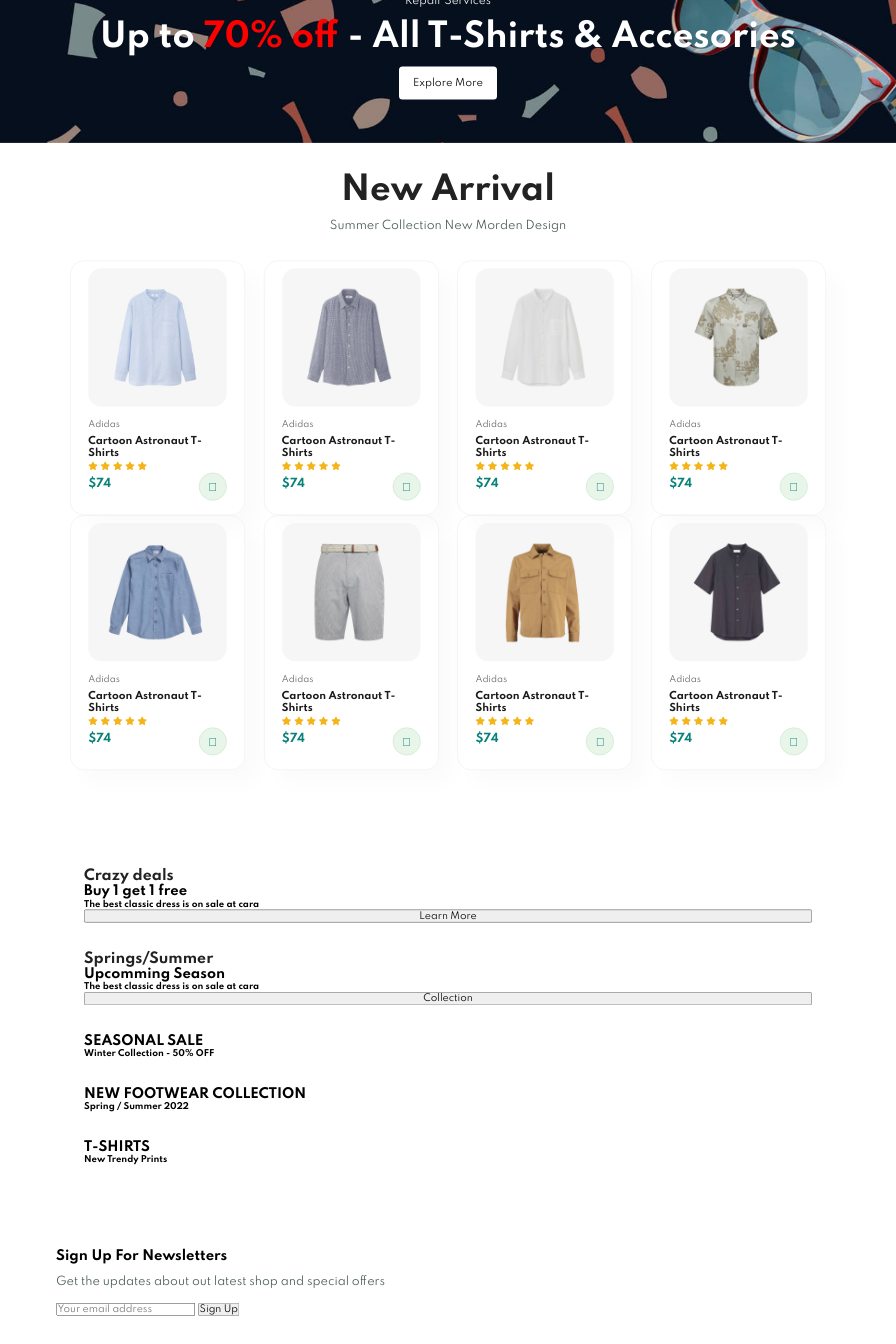
Repository: Daryllgio/E-Commerce-Website-UI
Page: index.html
These files come from the project's save history. The page is drawn as it stood at one moment and after the next save; the edit follows.
The browser window is 1280 px wide. The pictures show the part of the page from y = 2073 to 3993 px (the page is 3993 px tall before and 3641 px after), at 70% of full size.
Some web libraries are served in a nearby version.

Above is the page before, as saved 2024-12-31 23:00:51.

### index.html
<!DOCTYPE html>
<html lang="en">

<head>
    <meta charset="UTF-8">
    <meta http-equiv="X-UA-Compatible" content="IE=edge">
    <meta name="viewport" content="width=device-width, initial-scale=1.0">
    <title>Tech2etc Ecommerce Tutorial</title>
    <link rel="stylesheet" href="https://pro.fontawesome.com/releases/v5.10.0/css/all.css" />

    <link rel="stylesheet" href="style.css">
</head>

<body>
    <section id="header">
        <a href="#"><img src="img/logo.png" id="logo" class="logo" alt=""></a>

        <div>
            <ul id="navbar">
                <li>
                    <a class="active" href="index.html">Home</a>
                </li>
                <li>
                    <a href="shop.html">Shop</a>
                </li>
                <li>
                    <a href="about.html">About</a>
                </li>
                <li>
                    <a href="contact.html">Contact</a>
                </li>
                <li>
                    <a href="cart.html"><i class="fa fa-shopping-cart" aria-hidden="true"></i></a>
                </li>

            </ul>
        </div>
    </section>

    <section id="HomeHeaderContent">
        <h4>
            Trade-in-offer
        </h4>
        <h2>
            Super value deals
        </h2>
        <h1>
            On all products
        </h1>
        <p>
            Save more with Coupons & up to 70% off !
        </p>
        <button>
            Shop now
        </button>

    </section>

    <section id="Features" class="section-p1">
        <div class="fe-box">
            <img src="img/features/f1.png" alt="">
            <h6>Free Shipping</h6>
        </div>
        <div class="fe-box">
            <img src="img/features/f2.png" alt="">
            <h6>Online Offer</h6>
        </div>
        <div class="fe-box">
            <img src="img/features/f3.png" alt="">
            <h6>Save Money</h6>
        </div>
        <div class="fe-box">
            <img src="img/features/f4.png" alt="">
            <h6>Promotions</h6>
        </div>
        <div class="fe-box">
            <img src="img/features/f5.png" alt="">
            <h6>Happy Sell</h6>
        </div>
        <div class="fe-box">
            <img src="img/features/f6.png" alt="">
            <h6>F24/7 Support</h6>
        </div>
    </section>

    <section id="product1" class="section-p1">
        <h2>
            Feautured Products
        </h2>
        <p>
            Summer Collection New Morden Design
        </p>
        <div class="pro-container">
            <div class="pro">
                <img src="img/products/f1.jpg" alt="">
                <div class="des">
                    <span>Adidas</span>
                    <h5>Cartoon Astronaut T-Shirts</h5>
                    <div class="star">
                        <i class="fas fa-star"></i>
                        <i class="fas fa-star"></i>
                        <i class="fas fa-star"></i>
                        <i class="fas fa-star"></i>
                        <i class="fas fa-star"></i>
                    </div>
                    <div class="Shop">
                        <h4>$74</h4>
                        <a href="#"><i class="fal fa-shopping-cart "></i></a>
                    </div>

                </div>
            </div>

            <div class="pro">
                <img src="img/products/f2.jpg" alt="">
                <div class="des">
                    <span>Adidas</span>
                    <h5>Cartoon Astronaut T-Shirts</h5>
                    <div class="star">
                        <i class="fas fa-star"></i>
                        <i class="fas fa-star"></i>
                        <i class="fas fa-star"></i>
                        <i class="fas fa-star"></i>
                        <i class="fas fa-star"></i>
                    </div>
                    <div class="Shop">
                        <h4>$74</h4>
                        <a href="#"><i class="fal fa-shopping-cart "></i></a>
                    </div>

                </div>
            </div>

            <div class="pro">
                <img src="img/products/f3.jpg" alt="">
                <div class="des">
                    <span>Adidas</span>
                    <h5>Cartoon Astronaut T-Shirts</h5>
                    <div class="star">
                        <i class="fas fa-star"></i>
                        <i class="fas fa-star"></i>
                        <i class="fas fa-star"></i>
                        <i class="fas fa-star"></i>
                        <i class="fas fa-star"></i>
                    </div>
                    <div class="Shop">
                        <h4>$74</h4>
                        <a href="#"><i class="fal fa-shopping-cart "></i></a>
                    </div>

                </div>
            </div>

            <div class="pro">
                <img src="img/products/f4.jpg" alt="">
                <div class="des">
                    <span>Adidas</span>
                    <h5>Cartoon Astronaut T-Shirts</h5>
                    <div class="star">
                        <i class="fas fa-star"></i>
                        <i class="fas fa-star"></i>
                        <i class="fas fa-star"></i>
                        <i class="fas fa-star"></i>
                        <i class="fas fa-star"></i>
                    </div>
                    <div class="Shop">
                        <h4>$74</h4>
                        <a href="#"><i class="fal fa-shopping-cart "></i></a>
                    </div>

                </div>
            </div>

            <div class="pro">
                <img src="img/products/f5.jpg" alt="">
                <div class="des">
                    <span>Adidas</span>
                    <h5>Cartoon Astronaut T-Shirts</h5>
                    <div class="star">
                        <i class="fas fa-star"></i>
                        <i class="fas fa-star"></i>
                        <i class="fas fa-star"></i>
                        <i class="fas fa-star"></i>
                        <i class="fas fa-star"></i>
                    </div>
                    <div class="Shop">
                        <h4>$74</h4>
                        <a href="#"><i class="fal fa-shopping-cart "></i></a>
                    </div>

                </div>
            </div>

            <div class="pro">
                <img src="img/products/f6.jpg" alt="">
                <div class="des">
                    <span>Adidas</span>
                    <h5>Cartoon Astronaut T-Shirts</h5>
                    <div class="star">
                        <i class="fas fa-star"></i>
                        <i class="fas fa-star"></i>
                        <i class="fas fa-star"></i>
                        <i class="fas fa-star"></i>
                        <i class="fas fa-star"></i>
                    </div>
                    <div class="Shop">
                        <h4>$74</h4>
                        <a href="#"><i class="fal fa-shopping-cart "></i></a>
                    </div>

                </div>
            </div>

            <div class="pro">
                <img src="img/products/f7.jpg" alt="">
                <div class="des">
                    <span>Adidas</span>
                    <h5>Cartoon Astronaut T-Shirts</h5>
                    <div class="star">
                        <i class="fas fa-star"></i>
                        <i class="fas fa-star"></i>
                        <i class="fas fa-star"></i>
                        <i class="fas fa-star"></i>
                        <i class="fas fa-star"></i>
                    </div>
                    <div class="Shop">
                        <h4>$74</h4>
                        <a href="#"><i class="fal fa-shopping-cart "></i></a>
                    </div>

                </div>
            </div>

            <div class="pro">
                <img src="img/products/f8.jpg" alt="">
                <div class="des">
                    <span>Adidas</span>
                    <h5>Cartoon Astronaut T-Shirts</h5>
                    <div class="star">
                        <i class="fas fa-star"></i>
                        <i class="fas fa-star"></i>
                        <i class="fas fa-star"></i>
                        <i class="fas fa-star"></i>
                        <i class="fas fa-star"></i>
                    </div>
                    <div class="Shop">
                        <h4>$74</h4>
                        <a href="#"><i class="fal fa-shopping-cart "></i></a>
                    </div>

                </div>
            </div>


        </div>
    </section>

    <section id="banner" class="section-p1">
        <p>Repair Services</p>
        <h2>Up to <span>70% off</span> - All T-Shirts & Accesories</h2>
        <button class="normal">Explore More</button>
    </section>

    <section id="product1" class="section-p1">
        <h2>
            New Arrival
        </h2>
        <p>
            Summer Collection New Morden Design
        </p>
        <div class="pro-container">
            <div class="pro">
                <img src="img/products/n1.jpg" alt="">
                <div class="des">
                    <span>Adidas</span>
                    <h5>Cartoon Astronaut T-Shirts</h5>
                    <div class="star">
                        <i class="fas fa-star"></i>
                        <i class="fas fa-star"></i>
                        <i class="fas fa-star"></i>
                        <i class="fas fa-star"></i>
                        <i class="fas fa-star"></i>
                    </div>
                    <div class="Shop">
                        <h4>$74</h4>
                        <a href="#"><i class="fal fa-shopping-cart "></i></a>
                    </div>

                </div>
            </div>

            <div class="pro">
                <img src="img/products/n2.jpg" alt="">
                <div class="des">
                    <span>Adidas</span>
                    <h5>Cartoon Astronaut T-Shirts</h5>
                    <div class="star">
                        <i class="fas fa-star"></i>
                        <i class="fas fa-star"></i>
                        <i class="fas fa-star"></i>
                        <i class="fas fa-star"></i>
                        <i class="fas fa-star"></i>
                    </div>
                    <div class="Shop">
                        <h4>$74</h4>
                        <a href="#"><i class="fal fa-shopping-cart "></i></a>
                    </div>

                </div>
            </div>

            <div class="pro">
                <img src="img/products/n3.jpg" alt="">
                <div class="des">
                    <span>Adidas</span>
                    <h5>Cartoon Astronaut T-Shirts</h5>
                    <div class="star">
                        <i class="fas fa-star"></i>
                        <i class="fas fa-star"></i>
                        <i class="fas fa-star"></i>
                        <i class="fas fa-star"></i>
                        <i class="fas fa-star"></i>
                    </div>
                    <div class="Shop">
                        <h4>$74</h4>
                        <a href="#"><i class="fal fa-shopping-cart "></i></a>
                    </div>

                </div>
            </div>

            <div class="pro">
                <img src="img/products/n4.jpg" alt="">
                <div class="des">
                    <span>Adidas</span>
                    <h5>Cartoon Astronaut T-Shirts</h5>
                    <div class="star">
                        <i class="fas fa-star"></i>
                        <i class="fas fa-star"></i>
                        <i class="fas fa-star"></i>
                        <i class="fas fa-star"></i>
                        <i class="fas fa-star"></i>
                    </div>
                    <div class="Shop">
                        <h4>$74</h4>
                        <a href="#"><i class="fal fa-shopping-cart "></i></a>
                    </div>

                </div>
            </div>

            <div class="pro">
                <img src="img/products/n5.jpg" alt="">
                <div class="des">
                    <span>Adidas</span>
                    <h5>Cartoon Astronaut T-Shirts</h5>
                    <div class="star">
                        <i class="fas fa-star"></i>
                        <i class="fas fa-star"></i>
                        <i class="fas fa-star"></i>
                        <i class="fas fa-star"></i>
                        <i class="fas fa-star"></i>
                    </div>
                    <div class="Shop">
                        <h4>$74</h4>
                        <a href="#"><i class="fal fa-shopping-cart "></i></a>
                    </div>

                </div>
            </div>

            <div class="pro">
                <img src="img/products/n6.jpg" alt="">
                <div class="des">
                    <span>Adidas</span>
                    <h5>Cartoon Astronaut T-Shirts</h5>
                    <div class="star">
                        <i class="fas fa-star"></i>
                        <i class="fas fa-star"></i>
                        <i class="fas fa-star"></i>
                        <i class="fas fa-star"></i>
                        <i class="fas fa-star"></i>
                    </div>
                    <div class="Shop">
                        <h4>$74</h4>
                        <a href="#"><i class="fal fa-shopping-cart "></i></a>
                    </div>

                </div>
            </div>

            <div class="pro">
                <img src="img/products/n7.jpg" alt="">
                <div class="des">
                    <span>Adidas</span>
                    <h5>Cartoon Astronaut T-Shirts</h5>
                    <div class="star">
                        <i class="fas fa-star"></i>
                        <i class="fas fa-star"></i>
                        <i class="fas fa-star"></i>
                        <i class="fas fa-star"></i>
                        <i class="fas fa-star"></i>
                    </div>
                    <div class="Shop">
                        <h4>$74</h4>
                        <a href="#"><i class="fal fa-shopping-cart "></i></a>
                    </div>

                </div>
            </div>

            <div class="pro">
                <img src="img/products/n8.jpg" alt="">
                <div class="des">
                    <span>Adidas</span>
                    <h5>Cartoon Astronaut T-Shirts</h5>
                    <div class="star">
                        <i class="fas fa-star"></i>
                        <i class="fas fa-star"></i>
                        <i class="fas fa-star"></i>
                        <i class="fas fa-star"></i>
                        <i class="fas fa-star"></i>
                    </div>
                    <div class="Shop">
                        <h4>$74</h4>
                        <a href="#"><i class="fal fa-shopping-cart "></i></a>
                    </div>

                </div>
            </div>


        </div>
    </section>

    <section id="sm-banner" class="section-p1">
        <div class="banner-MainContainer">
            <div class="banner-Container1">
                <div class="banner-box">
                    <h4>
                        Crazy deals
                    </h4>
                    <h3>
                        Buy 1 get 1 free
                    </h3>
                    <h6>
                        The best classic dress is on sale at cara
                    </h6>
                    <button>
                        Learn More
                    </button>
                </div>
                <div class="banner-box">
                    <h4>
                        Springs/Summer
                    </h4>
                    <h3>
                        Upcomming Season
                    </h3>
                    <h6>
                        The best classic dress is on sale at cara
                    </h6>
                    <button>
                        Collection
                    </button>
                </div>
            </div>

            <div class="banner-Container2">
                <div class="banner-box">
                    <h3>
                        SEASONAL SALE
                    </h3>
                    <h6>
                        Winter Collection - 50% OFF
                    </h6>
                </div>
                <div class="banner-box">
                    <h3>
                        NEW FOOTWEAR COLLECTION
                    </h3>
                    <h6>
                        Spring / Summer 2022
                    </h6>
                </div>
                <div class="banner-box">
                    <h3>
                        T-SHIRTS
                    </h3>
                    <h6>
                        New Trendy Prints
                    </h6>
                </div>
            </div>
        </div>
    </section>

    <section id="sm-NewsLetter" class="section-p1">
        <div class="Newsletters-Container">
            <div class="Newsletters-Text">
                <h3>Sign Up For Newsletters</h3>
                <p> Get the updates about out latest shop and <span>special offers</span></p>
            </div>
            <div class="Newsletters-Input">
                <input placeholder="Your email address" />
                <button>
                    Sign Up
                </button>
            </div>
        </div>
    </section>


    <script src="script.js"></script>
</body>

</html>

### style.css
@import url("https://fonts.googleapis.com/css2?family=Spartan:wght@100;200;300;400;500;600;700;800;900&display=swap");

* {
  margin: 0;
  padding: 0;
  box-sizing: border-box;
  font-family: "Spartan", sans-serif;
}

html {
  scroll-behavior: smooth;
}

/* Global Styles */

h1 {
  font-size: 50px;
  line-height: 64px;
  color: #222;
}

h2 {
  font-size: 46px;
  line-height: 54px;
  color: #222;
}

h4 {
  font-size: 20px;
  color: #222;
}

h6 {
  font-weight: 700;
  font-size: 12px;
}

p {
  font-size: 16px;
  color: #465b52;
  margin: 15px 0 20px 0;
}

.section-p1 {
  padding: 40px 80px;
}

.section-m1 {
  margin: 40px 0;
}

button.normal {
  color: #000;
  background-color: #fff;
  font-size: 14px;
  font-weight: 400;
  padding: 15px 20px;
  border-radius: 5px;
  cursor: pointer;
  border: none;
  outline: none;
  transition: 0.3s;
}

body {
  width: 100%;
}

#header {
  display: flex;
  align-items: center;
  justify-content: space-between;
  padding: 20px 80px;
  background: #E3E6F3;
  box-shadow: 0 5px 15px rgba(0, 0, 0, 0.06);
  position: sticky;
  top: 0;
  left: 0;

}



#navbar {
  display: flex;
  align-items: center;
  justify-content: center;
}

#navbar li {
  list-style: none;
  padding: 0px 20px;
}

#navbar li a {
  text-decoration: none;
  font-size: 15px;
  font-weight: 600;
  color: #000;
  transition: 0.3s ease;
}

#navbar li a:hover,
#navbar li a.active {
  color: #088178;
}

#HomeHeaderContent {
  background-image: url("img/hero4.png");
  height: 90vh;
  width: 100%;
  background-size: cover;
  background-position: top 25% right 0;
  padding: 0 80px;
  align-items: flex-start;
  display: flex;
  flex-direction: column;
  justify-content: center;
}

#HomeHeaderContent h4 {
  margin-bottom: 10px;
}

#HomeHeaderContent h1 {
  color: #088178;
}

#HomeHeaderContent button {
  color: #088178;
  background-image: url("img/button.png");
  font-size: 15px;
  font-weight: 600;
  background-color: transparent;
  border: 0;
  padding: 14px 80px 14px 65px;
  background-repeat: no-repeat;
  cursor: pointer;
}

#Features {
  display: flex;
  justify-content: space-between;
}

#Features .fe-box {
  width: 200px;
  text-align: center;
  padding: 35px 25px;
  border: 1px solid #cce7d0;
  box-shadow: 20px 20px 34px rgba(0, 0, 0, 0.03);
  border-radius: 10px;
}

#Features .fe-box:hover {
  box-shadow: 10px 10px 54px rgba(0, 0, 0, 0.1);
}

#Features .fe-box img {
  margin-bottom: 10px;
}

#Features .fe-box h6 {
  font-size: 13px;
  display: inline-block;
  line-height: 1;
  border-radius: 4px;
  color: #088178;
  background-color: #fddde4;
  padding: 9px 8px 6px 8px;
}

#Features .fe-box:nth-child(2) h6 {
  background-color: #cdebbc;
}

#Features .fe-box:nth-child(3) h6 {
  background-color: #d1e8f2;
}

#Features .fe-box:nth-child(4) h6 {
  background-color: #cdd4f8;
}

#Features .fe-box:nth-child(5) h6 {
  background-color: #f6dbf6;
}

#Features .fe-box:nth-child(6) h6 {
  background-color: #fff2e5;
}

#product1 {
  text-align: center;
}

#product1 .pro {
  width: 23%;
  min-width: 250px;
  padding: 10px 25px;
  border: 1px solid #f0f0f0;
  border-radius: 20px;
  cursor: pointer;
  box-shadow: 20px 20px 30px rgba(0, 0, 0, 0.02);
  transition: 0.3s ease;
}

#product1 .pro:hover {
  box-shadow: 20px 20px 30px rgba(0, 0, 0, 0.06);

}

#product1 .pro img {
  width: 100%;
  border-radius: 20px;
}

#product1 .pro .des {
  text-align: start;
  padding: 10px 0;
}

#product1 .pro .des span {
  color: #606063;
  font-size: 12px;
}

#product1 .pro .des h5 {
  color: #1a1a1a;
  font-size: 14px;
  padding-top: 7px;
}

#product1 .pro .des .fa-star {
  color: rgb(243, 181, 25);
  font-size: 12px;
}

#product1 .pro .des h4 {
  font-size: 16px;
  padding-top: 7px;
  font-weight: 700;
  color: #088178;

}

#product1 .pro .Shop {
  display: flex;
  justify-content: space-between;
}

#product1 .pro .des .fa-shopping-cart {
  width: 40px;
  height: 40px;
  line-height: 40px;
  border-radius: 50px;
  font-size: 17px;
  background-color: #e8f6ea;
  font-weight: 500;
  color: #088178;
  border: 1px solid #cce7d0;
  text-align: center;
}

#product1 .pro-container {
  display: flex;
  justify-content: space-between;
  padding: 20px;
  flex-wrap: wrap;
}


#banner {
  background-image: url("img/banner/b2.jpg");
  height: 40vh;
  width: 100%;
  background-size: cover;
  background-position: top 25% right 0;
  padding: 0 80px;
  text-align: center;
  display: flex;
  flex-direction: column;
  align-items: center;
  justify-content: center;
}

#banner p {
  font-size: 15px;
  margin-bottom: 15px;
  font-weight: 400;
  color: #ffffff;
}

#banner h2 {
  color: #fff;
  margin-bottom: 15px;
}

#banner span {
  color: red;
}

#banner button:hover {
  color: #fff;
  background-color: #088178;
}

#sm-banner .banner-MainContainer {
  display: flex;
  justify-content: space-between;
  padding: 20px 20px;
  flex-direction: column;
}

#sm-banner .banner-MainContainer .banner-box {
  display: flex;
  justify-content: space-between;
  padding: 20px 20px;
  flex-direction: column;
}

Loaded but not shown: script.js (common file)

After the next save:
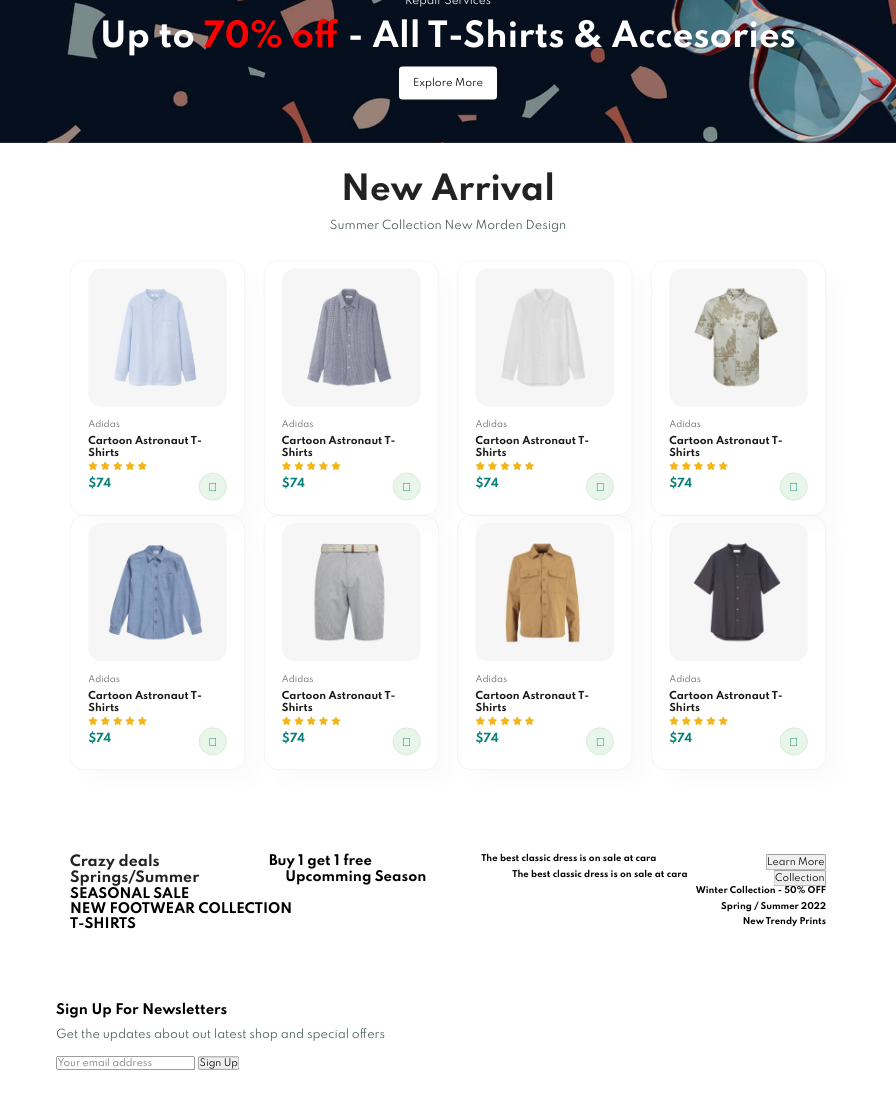
Saved 5 s later.
--- a/style.css
+++ b/style.css
@@ -315,6 +315,4 @@ body {
 #sm-banner .banner-MainContainer .banner-box {
   display: flex;
   justify-content: space-between;
-  padding: 20px 20px;
-  flex-direction: column;
-}
+}
